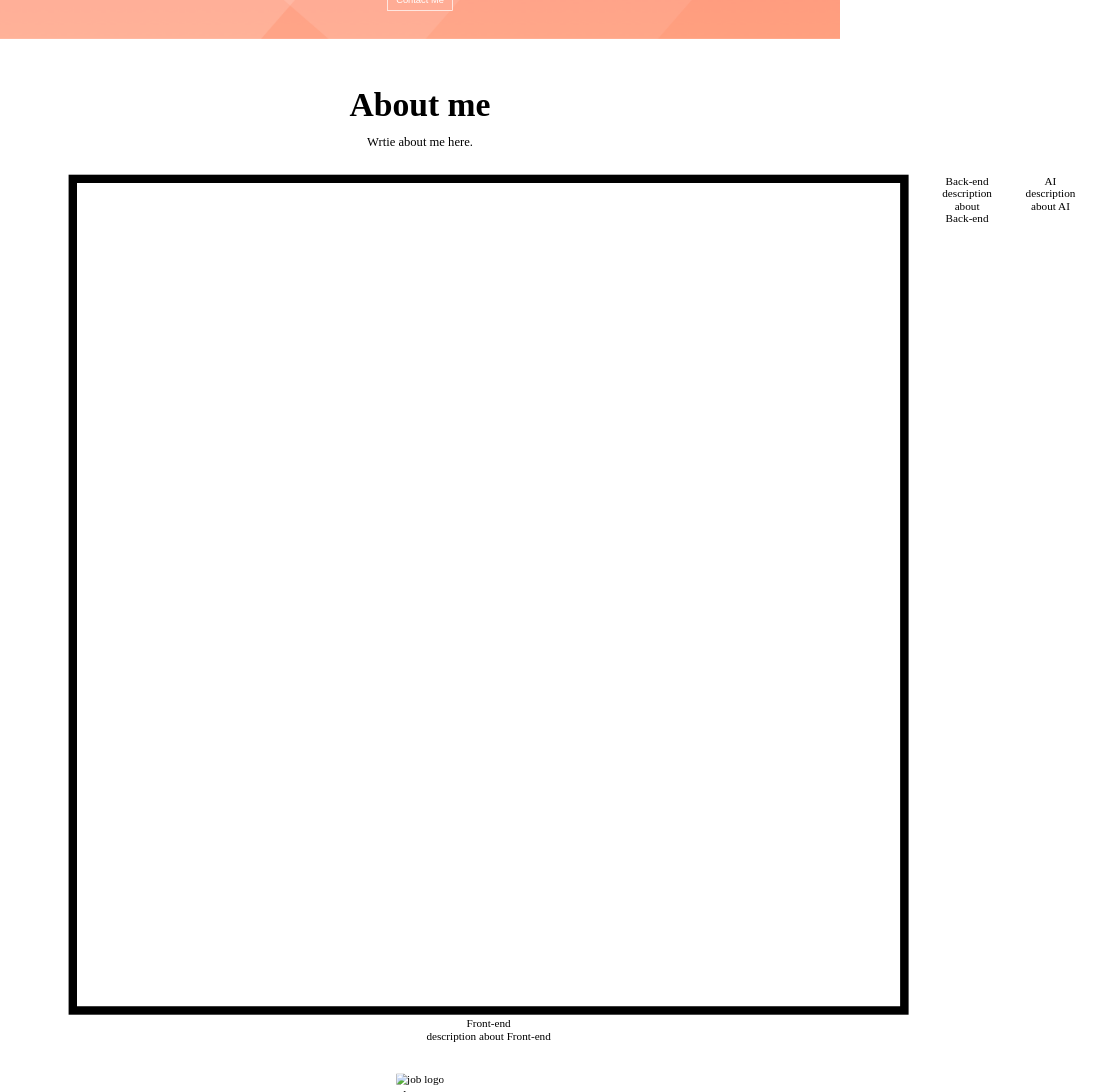
Repository: YEOMJINSEOP/yeomjinseop.github.io
Page: index.html
The author's editor kept a copy of each file at every save. The page is drawn from the files as they stood at one save, then again after the next save.
The browser window is 1280 px wide. The page is 1572 px wide, then 1280 px, so the pictures cover 1572 px, including what lies to the right of the window. The pictures show the part of the page from y = 521 to 2081 px (the page is 3920 px tall before and 2734 px after), at 70% of full size.
Some web libraries are served in a nearby version.

Above is the page before, as saved 2022-08-14 13:07:53.

After the next save:
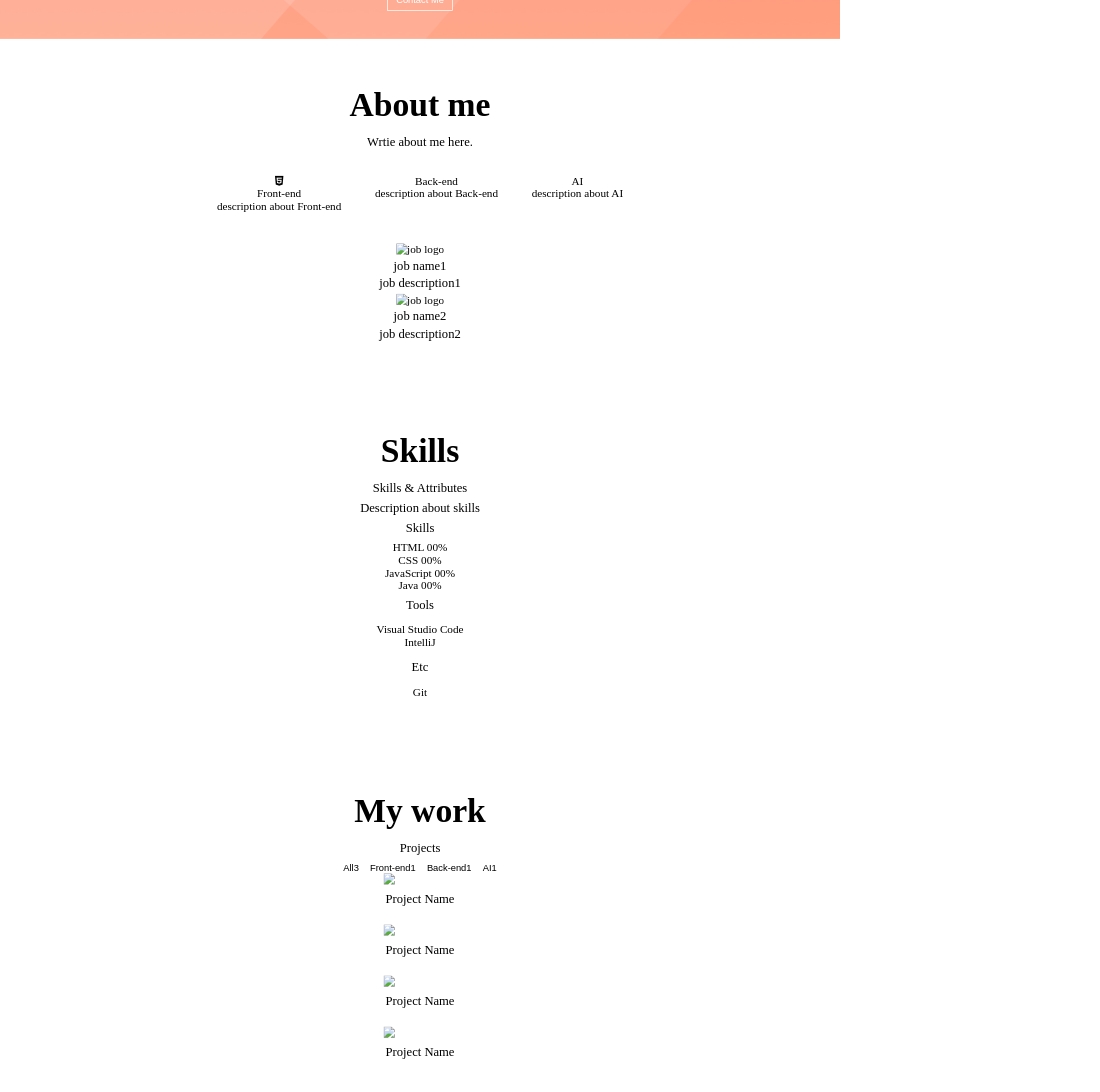
Saved 79 s later.
--- a/index.html
+++ b/index.html
@@ -63,7 +63,7 @@
       <div class="about__majors">
       <div class="major">
         <div class="major__icon">
-          <img src="/images/whileimage.png">
+          <i class="fa-brands fa-html5"></i>
         </div>
         <div class="major__title">
           Front-end
